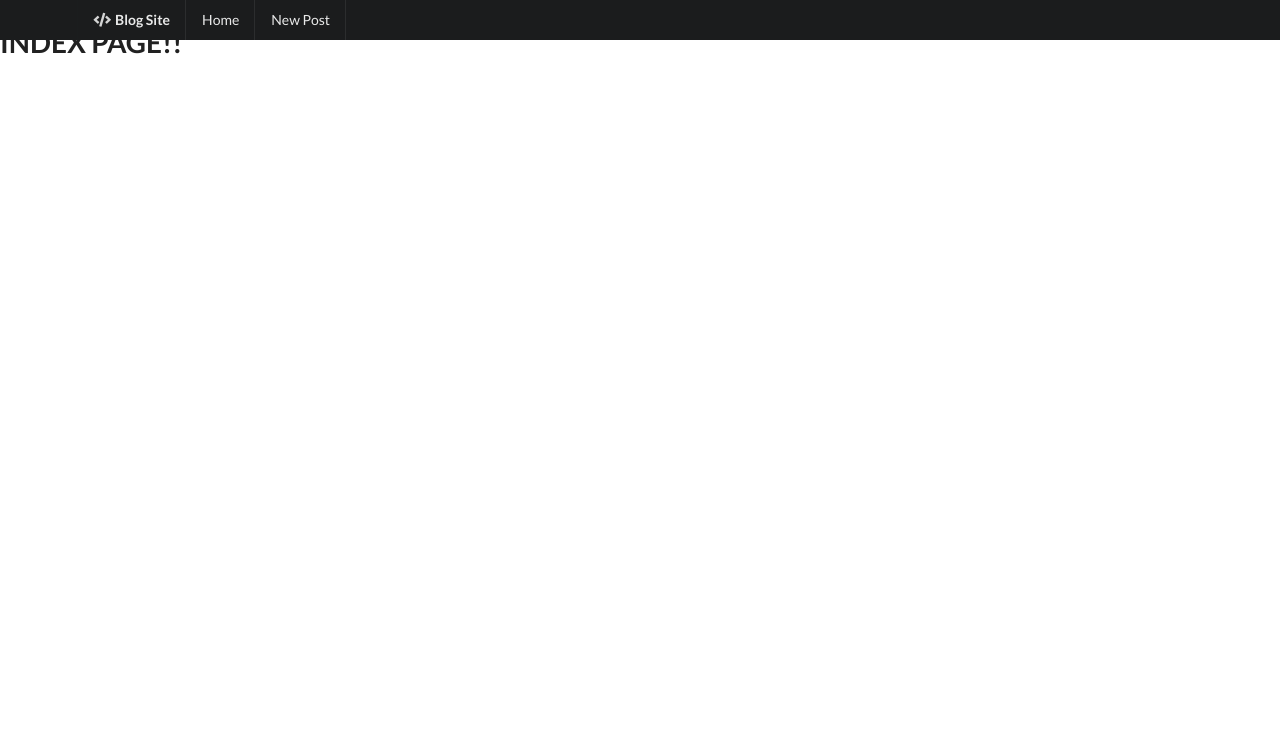
Repository: JulianaFortes/WebBlog
Page: http://localhost/blogs
The author's editor kept a record of every edit. The page is drawn from the files as they stood at one moment, then again after the next edit.
The browser window is 1280 px wide. The pictures show the whole page.
Some web libraries are served in a nearby version. The page is served by the project's Node server (blog/index.js). Queries for data that is not in the repository find no rows.

Above is the page before.

After the next edit:
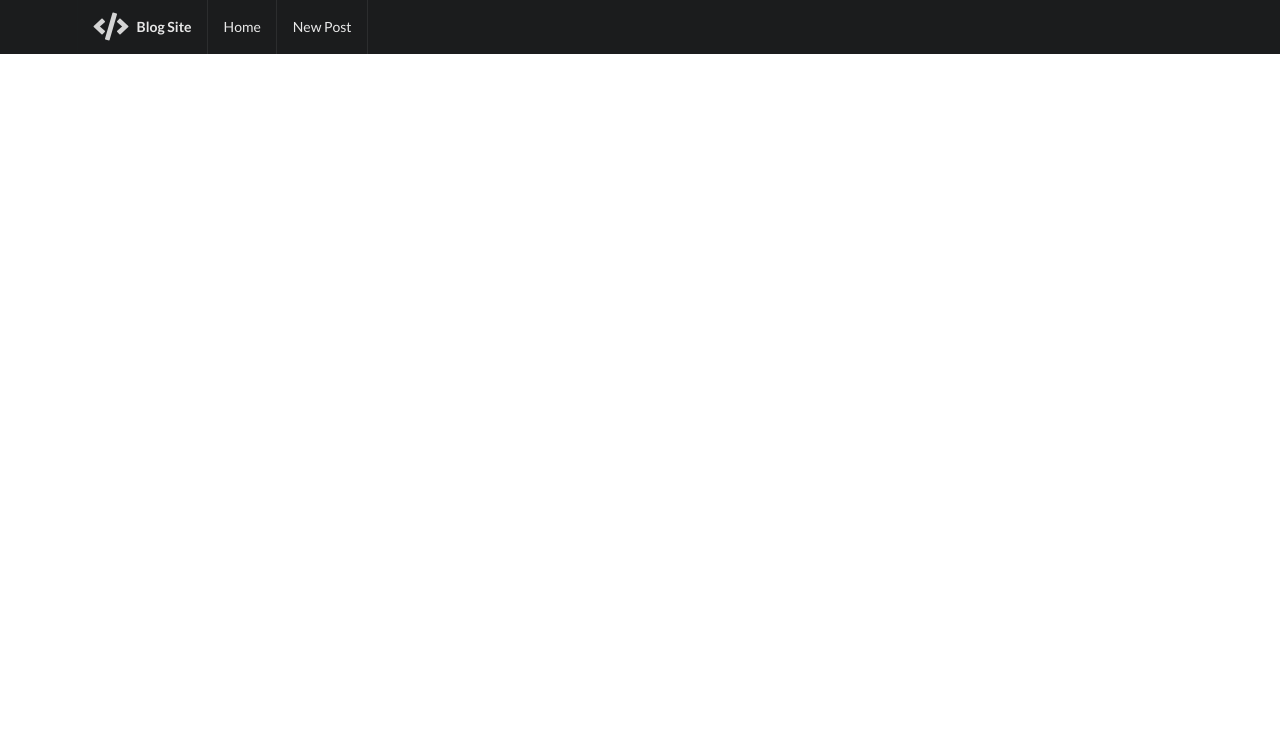
The edit:
--- a/workspace/blog/views/partials/header.ejs
+++ b/workspace/blog/views/partials/header.ejs
@@ -2,6 +2,7 @@
     <head>
         <title>Blog App</title>
         <link rel="stylesheet" type="text/css" href= "https://cdnjs.cloudflare.com/ajax/libs/semantic-ui/2.2.11/semantic.min.css">
+        <link rel="stylesheet" type="text/css" href= "stylesheets/app.css">
     </head>
 
     <body>
